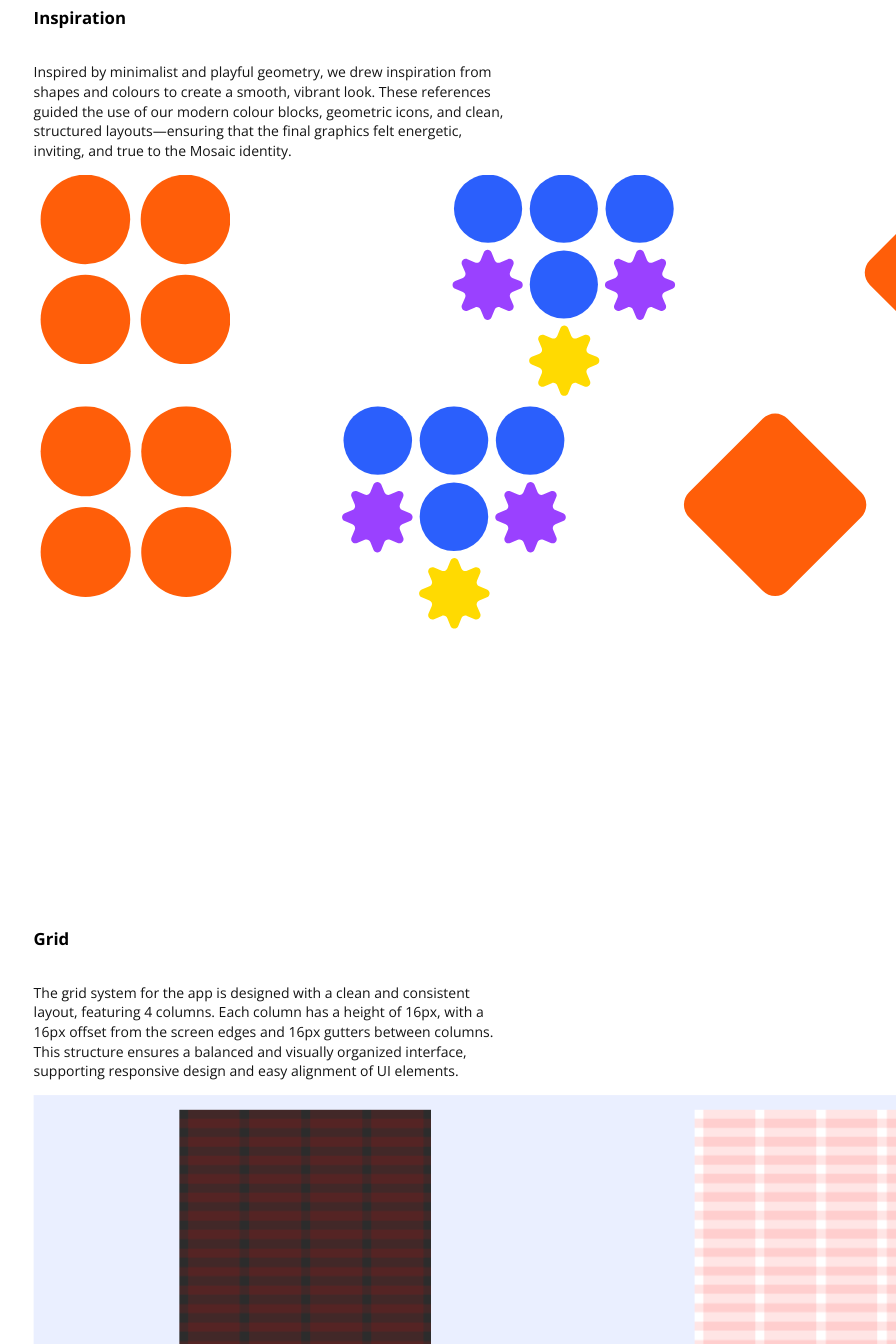
Repository: brunaguarizo/MDIA2109_Mosaic
Page: graphics.html
The author's editor kept a copy of each file at every save. The page is drawn from the files as they stood at one save, then again after the next save.
The browser window is 1280 px wide. The pictures show the part of the page from y = 828 to 2748 px (the page is 3459 px tall before and 3128 px after), at 70% of full size.

Above is the page before, as saved 2025-04-09 08:33:14.

### graphics.html
<!DOCTYPE html>
<html lang="en">
<head>
    <meta charset="UTF-8">
    <meta name="viewport" content="width=device-width, initial-scale=1.0">
    <title>Mosaic - Styleguide</title>

    <link rel="stylesheet" href="CSS/styles.css">
    <link rel="stylesheet" href="CSS/variables.css">
    <link rel="stylesheet" href="CSS/graphics.css">

    <link rel="icon" href="img/mosaic-favicon.svg" type="image/svg+xml">

    <link rel="preconnect" href="https://fonts.googleapis.com">
    <link rel="preconnect" href="https://fonts.gstatic.com" crossorigin>
    <link rel="preconnect" href="https://fonts.googleapis.com">
    <link rel="preconnect" href="https://fonts.gstatic.com" crossorigin>
    <link href="https://fonts.googleapis.com/css2?family=Open+Sans:ital,wght@0,300..800;1,300..800&display=swap" rel="stylesheet">
</head>
<body>
    <div class="nav-bar">

        <a href="index.html">
            <img class="logo" src="img/Logo-Horizontal.svg" alt="Mosaic - Horizontal Logo - Negative">
        </a>

        <div class="menu">
            <a class="menu-item menu-text" href="index.html">Overview</a>
            <a class="menu-item menu-text" href="logo.html">Logo and Symbol</a>
            <a class="menu-item menu-text" href="type.html">Typography</a>
            <a class="menu-item menu-text" href="color.html">Color</a>
            <a class="menu-item menu-text" href="icon.html">Iconography</a>
            <a class="menu-item menu-text" href="image.html">Imagery</a>
            <a class="menu-item menu-text" href="graphics.html">Graphics</a>
            <a class="menu-item menu-text" href="references.html">References</a>
        </div>
    </div>

    <header class="banner-hero">
        <h2 class="title-section">Graphics</h2>
        <div class="image-hero">
            <img src="img/graphics/GraphicsDisplay.svg" alt="Mosaic - Graphic">
        </div>
        <div class="text">
            <p class="body-text">Mosaic, at its core, captures the energy of designers, developers, and marketers - each shape displays a vital piece in bringing ideas and solutions together. To represent this, our graphics revolve around bold geometric elements that mirror this energy; uniting them into a cohesive, inspiring whole.</p>
        </div>
    </header>

    <main class="container">

        <section class="graphics-block">
            <div class="content-block__Graphics">
                <h2 class="content-block-Graphics_Header">Inspiration</h2>
                 <p class="text body-text">Inspired by minimalist and playful geometry, we drew inspiration from shapes and colours to create a smooth, vibrant look. These references guided the use of our modern colour blocks, geometric icons, and clean, structured layouts—ensuring that the final graphics felt energetic, inviting, and true to the Mosaic identity.</p>
            </div>
            <div class="three-column">
                <div class="graphic-item">
                    <img src="img/graphics/Circles.svg" alt="Circles">
                </div>
                <div class="graphic-item">
                    <img src="img/graphics/Miscalenous.svg" alt="Miscalenous">
                </div>
                <div class="graphic-item">
                    <img src="img/graphics/Diamonds.svg" alt="Diamonds">
                </div>
            </div>

        <section class="graphics-block">
            <div class="/">
                <div class="graphic-item">
                    <img src="img/graphics/graphics-image.svg" alt="Graphics Example">
                </div>
            </div>


            <div class="content-block__Grids">
                <h2 class="content-block-Grids_Header">Grid</h2>
                 <p class="text body-text">The grid system for the app is designed with a clean and consistent layout, featuring 4 columns. Each column has a height of 16px, with a 16px offset from the screen edges and 16px gutters between columns. This structure ensures a balanced and visually organized interface, supporting responsive design and easy alignment of UI elements.</p>
            </div>
            <div class="Grid_Representation">
                <div class="grid-image">
                    <img src="img/graphics/Grid1.svg" alt="Grid">
                </div>
                <div class="grid-image">
                    <img src="img/graphics/Grid2.svg" alt="Grid">
                </div>



            </div>

        </section>

    </main>

    <div class="button-row">
        <a class="button-content" href="image.html">
            <img src="img/arrow-left.svg" alt="Arrow left">
            <p class="button">Imagery</p>
        </a>
        <a class="button-content" href="references.html">
            <p class="button">References</p>
            <img src="img/arrow-right.svg" alt="Arrow Right">
        </a>
    </div>

    <footer class="footer">
        <div class="two-column">
            <a href="index.html" >
                <img class="logo" src="img/Logo-Horizontal.svg" alt="Mosaic - Horizontal Logo - Negative">
            </a>
            <p class="footer-text">© 2025 Mosaic. All rights reserved.</p>
        </div>
    </footer>

</body>

### CSS/styles.css
/* ------------------------------------------------------ GENERAL STYLES ------------------------------------------------------ */
html, body {
    width: 100%;
    height: 100%;
    margin: 0;
    padding: 0;
    font-family: var(--font-family);
    box-sizing: border-box;
}

*, *::before, *::after {
    box-sizing: inherit;
}

html {
    display: flex;
    justify-content: center;
    align-items: center;
    height: 100%;
}

.container {
    display: grid;
    grid-template-columns: 1fr;
    gap: var(--space-large);
    width: 100%;
    max-width: 1512px;
    box-sizing: border-box;
    margin: 0 auto;
    padding: 0 var(--space-large);
    overflow: hidden;
}

.two-column {
    display: grid;
    grid-template-columns: 1fr 1fr;
    gap: var(--space-large);
}

.three-column {
    display: grid;
    grid-template-columns: 1fr 1fr 1fr;
    gap: auto;
}

.four-column {
    display: grid;
    grid-template-columns: 0.5fr 1fr 0.5fr 1fr;
    align-items: center;
    max-width: 1512px;
    box-sizing: border-box;
}

.two-column-styled {
    display: grid;
    grid-template-columns: auto 1fr;
    gap: var(--space-large);
    align-items: center;
}

.header-xxlarge {
    color: var(--black);
    font-size: var(--header-xxlarge-size);
    font-weight: var(--font-weight-700);
    line-height: var(--line-height-xxlarge);
    margin-bottom: var(--space-medium);
}

.title-section {
    color: var(--black);
    font-size: var(--title-section-font-size);
    font-weight: var(--font-weight-700);
    line-height: var(--line-height-large);
    margin-bottom: var(--space-regular);
    text-decoration: none;
}

.body-text {
    color: var(--black);
    font-size: var(--body-text-font-size);
    font-weight: var(--font-weight-400);
    line-height: var(--line-height-medium);
    margin-top: 0;
}

.menu-text {
    color: var(--white);
    font-size: var(--menu-font-size);
    font-weight: var(--font-weight-400);
    line-height: var(--line-height-small);
    text-decoration: none;
}

.menu-text-hover {
    font-weight: var(--menu-text-hover-font-weight);
}

.label {
    color: var(--black);
    font-size: var(--label-font-size);
    font-weight: var(--font-weight-400);
    line-height: var(--line-height-small);
}

.button {
    color: var(--white);
    text-align: center;
    font-size: var(--button-font-size);
    font-weight: var(--font-weight-600);
    line-height: var(--line-height-medium);
    text-decoration: none;
}

/* ----- NAV BAR ----- */
.nav-bar {
    display: flex;
    width: 100%;
    height: 80px;
    padding: 0 var(--space-large);
    justify-content: space-between;
    align-items: center;
    background-color: var(--blue-primary);
    position: fixed;
    top: 0;
    left: 0;
    right: 0;
    z-index: 1000;
}

.menu {
    display: flex;
    align-items: center;
    gap: var(--space-large);
}

/* ----- BUTTONS ----- */
.button-row {
    display: grid;
    grid-template-columns: 1fr 1fr;
    gap: var(--space-large);
    width: 100%;
    box-sizing: border-box;
    margin: var(--space-large) auto;
    padding: 0 var(--space-large);
    overflow: hidden;
    max-width: 1512px;
}

.button-content {
    display: flex;
    justify-content:space-between;
    align-items: center;
    padding: var(--space-medium);
    background-color: var(--blue-primary);
    border: none;
    box-sizing: border-box;
    margin: 0;
    transition: all 0.3s ease;
    text-decoration: none;
    border-radius: 8px;
    height: var(--space-large);
    flex: 1 1 calc(50% - 24px);
}

.button-content:hover {
    background-color: var(--blue-900);
    transform: scale(1.1);
}

.button-content img {
    width: 20px;
    height: 20px;
}

.button-content p {
    color: var(--white);
    font-size: var(--menu-font-size);
}


/* ----- FOOTER ----- */
.footer {
    display: flex;
    width: 100%;
    height: 80px;
    padding: 0 var(--space-large);
    justify-content: space-between;
    align-items: center;
    background-color: var(--blue-900);
}

.footer .two-column {
    display: flex;
    justify-content: space-between;
    width: 100%;
    align-items: center;
}

.footer-text {
    color: var(--white);
    text-align: right;
    margin-left: auto;
}

### CSS/variables.css
/* ------------------------------------------------------ VARIABLES ------------------------------------------------------ */
:root {
    /* ----- COLORS ----- */
    --blue-primary: rgb(43,95,252);
    --blue-50: rgb(234, 239, 255);
    --blue-900: rgb(18, 40, 106);
    --white: #FFFFFF;
    --black: rgb(20, 20, 20);
    --grey-400: rgb(67, 67, 67);
    --yellow-secondary: rgb(255, 218, 1);
    --orange-secondary: rgb(255, 94, 9);
    --green-secondary: rgb(0, 193, 79);
    --purple-secondary: rgb(154, 65, 255);

    /* ----- TYPE ----- */
    --font-family: "Open Sans", sans-serif;
    --header-xxlarge-size: 88px;
    --title-section-font-size: 30px;
    --button-font-size: 24px;
    --body-text-font-size: 20px;
    --menu-font-size: 16px;
    --label-font-size: 16px;
    --font-style-normal: normal;
    --font-weight-700: 700;
    --font-weight-600: 600;
    --font-weight-400: 400;
    --menu-text-hover-font-weight: 700;
    --line-height-xxlarge: 100px;
    --line-height-large: 36px;
    --line-height-medium: 28px;
    --line-height-small: 20px;

    /* ----- SPACING ----- */
    --space-small: 8px;
    --space-regular: 16px;
    --space-medium: 32px;
    --space-large: 48px;
    --space-extra-large: 140px;
}

### CSS/graphics.css
/* ----- BANNER HERO ----- */
.banner-hero {
    display: flex;
    width: 100%;
    max-width: 1512px;
    height: fit-content;
    padding: var(--space-large);
    flex-direction: column;
    align-items: flex-start;
    background: var(--blue-50);
    margin: 0 auto;
    overflow: hidden;
    padding-top: var(--space-large);
}

.image-hero {
    display: flex;
    flex-direction: row;
    align-items: center;
    margin: 0;
}

.text {
    max-width: 686px;
    margin-top: var(--space-large);
}
/* GRAPHICS */

.graphic-item{
    width: 100%;
    aspect-ratio: 16 / 9; /* ou qualquer proporção desejada */
    object-fit: cover;
    display: block;
}

/* Grid */

.Grid_Representation{
    display: grid;
    grid-template-columns: 1fr 1fr;
    grid-template-rows: 1fr;
    background-color: var(--blue-50);;
    padding: 20px;
    border: 10px;
    width: 100%;
}

.grid-image{
    display: flex;
    justify-content: center;
}

.graphics-block{
    display: flex;
    width: 100%;
    max-width: 1512px;
    height: fit-content;
    flex-direction: column;
    align-items: flex-start;
    margin: 0 auto;
}

.content-block-Grids_Header,.content-block__Graphics{
    padding-top: var(--space-large);
}

After the next save:
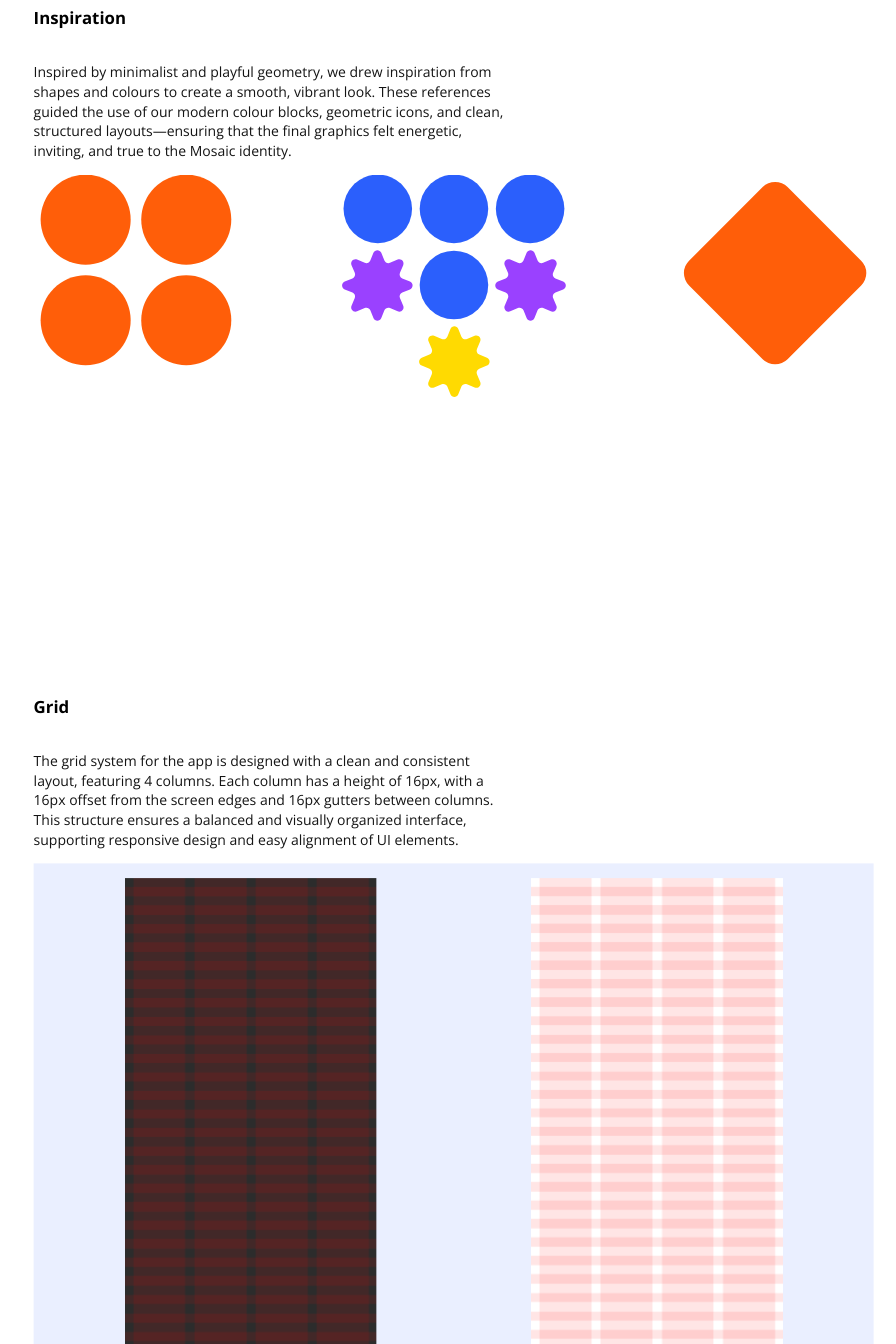
Saved 4 min 15 s later.
--- a/graphics.html
+++ b/graphics.html
@@ -53,19 +53,6 @@
                 <h2 class="content-block-Graphics_Header">Inspiration</h2>
                  <p class="text body-text">Inspired by minimalist and playful geometry, we drew inspiration from shapes and colours to create a smooth, vibrant look. These references guided the use of our modern colour blocks, geometric icons, and clean, structured layouts—ensuring that the final graphics felt energetic, inviting, and true to the Mosaic identity.</p>
             </div>
-            <div class="three-column">
-                <div class="graphic-item">
-                    <img src="img/graphics/Circles.svg" alt="Circles">
-                </div>
-                <div class="graphic-item">
-                    <img src="img/graphics/Miscalenous.svg" alt="Miscalenous">
-                </div>
-                <div class="graphic-item">
-                    <img src="img/graphics/Diamonds.svg" alt="Diamonds">
-                </div>
-            </div>
-
-        <section class="graphics-block">
             <div class="/">
                 <div class="graphic-item">
                     <img src="img/graphics/graphics-image.svg" alt="Graphics Example">
